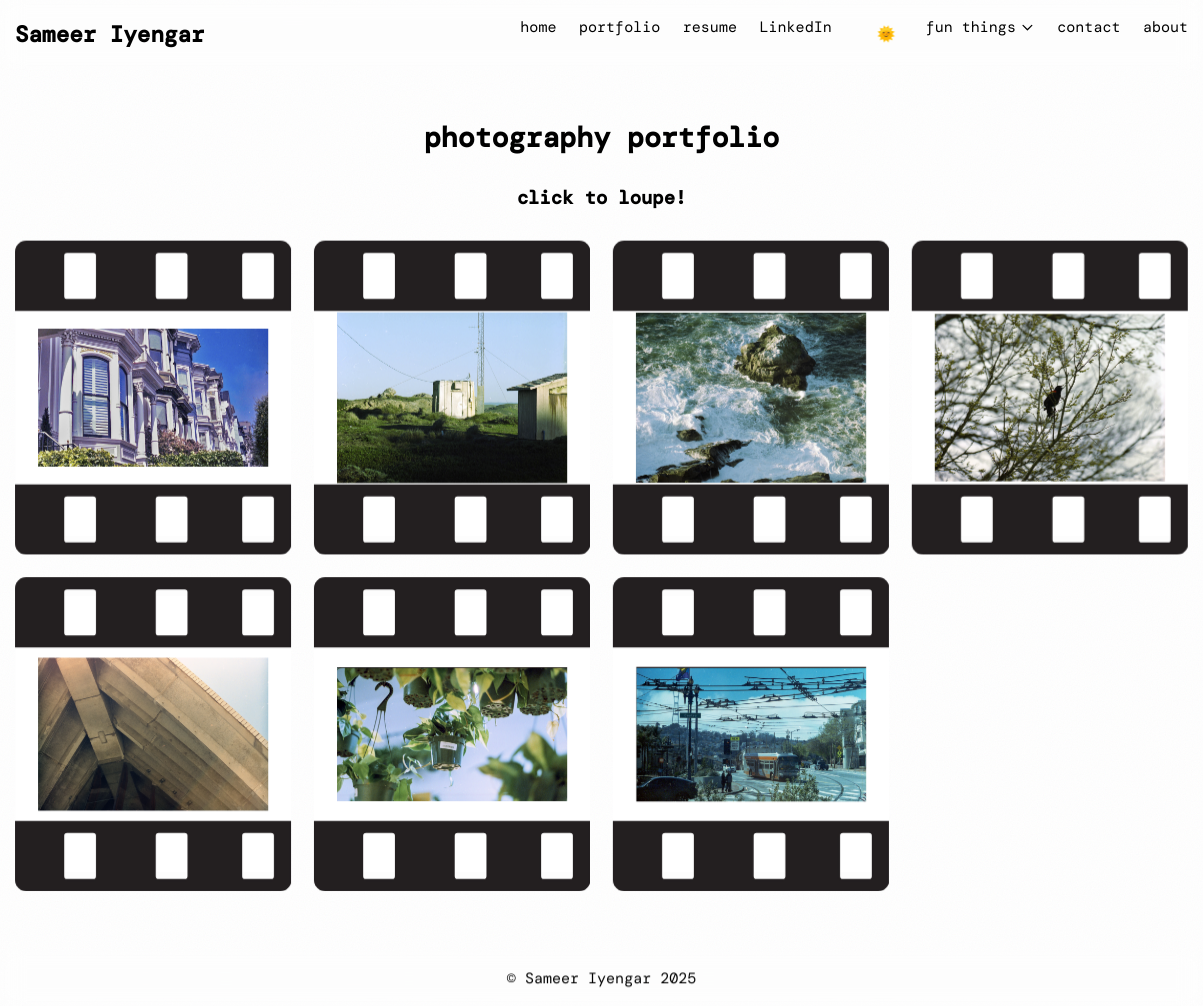
Repository: siyengar04/siyengar04.github.io
Page: portfolio.html
These files come from the project's save history. The page is drawn as it stood at one moment and after the next save; the edit follows.
The browser window is 1280 px wide. The pictures show the whole page, at 94% of full size.
Some web fonts or font styles are not loaded; a fallback is used.

Above is the page before, as saved 2025-10-11 16:26:53.

### portfolio.html
<!DOCTYPE html>
<html lang="en">

<head>
    <script>
        if (localStorage.theme === 'dark' ||
            (!('theme' in localStorage) && window.matchMedia('(prefers-color-scheme: dark)').matches)) {
            document.documentElement.classList.add('dark-theme');
        }
    </script>
    <meta charset="UTF-8">
    <meta name="viewport" content="width=device-width, initial-scale=1.0">
    <meta property="og:image" content="./images/profile.jpg">
    <meta property="og:image:type" content="image/jpg">
    <meta name="description" content="student, innovator, engineer" />
    <meta property="og:title" content="Sameer Iyengar">
    <meta property="og:description" content="student, innovator, engineer">
    <title>Sameer Iyengar - Photography Portfolio</title>
    <script src="https://cdn.jsdelivr.net/npm/@tailwindcss/browser@4"></script>
    <link rel="preconnect" href="https://fonts.googleapis.com">
    <link rel="preconnect" href="https://fonts.gstatic.com" crossorigin>
    <link
        href="https://fonts.googleapis.com/css2?family=DM+Mono:ital,wght@0,300;0,400;0,500;1,300;1,400;1,500&display=swap"
        rel="stylesheet">
    <style>
        <style> :root {
            /* Light Theme (default) - High contrast */
            --bg-primary: #f5f5f7;
            --text-primary: #121212;
            --glass-light: rgba(255, 255, 255, 0.85);
            --glass-text: #121212;
            --border-light: rgba(0, 0, 0, 0.1);
            --accent-color: #3b82f6;

            /* Dark Theme */
            --bg-primary-dark: #0a0a0a;
            --text-primary-dark: #f8f9fa;
            --glass-dark: rgba(20, 20, 20, 0.85);
            --glass-text-dark: #f8f9fa;
            --border-dark: rgba(255, 255, 255, 0.15);
            --accent-color-dark: #60a5fa;
        }

        .gallery-item {
            position: relative;
            /* Needed for absolute positioning of pseudo-elements */
        }

        .gallery-item {
            position: relative;
            padding-top: 20px;
            /* Reduced from original */
            padding-bottom: 20px;
            /* Reduced from original */
        }

        .gallery-item::before,
        .gallery-item::after {
            content: "";
            position: absolute;
            left: 0;
            width: 100%;
            height: 75px;
            /* Border height */
            background-size: cover;
            z-index: 2;
        }

        .gallery-item::before {
            top: 0;
            background-image: url('Asset 4.svg');
        }

        .gallery-item::after {
            bottom: 0;
            background-image: url('Asset 4.svg');
        }

        .gallery-img {
            height: calc(100% - 50px);
            /* Compensate for border height */
            object-fit: cover;
        }

        .dark-theme {
            --bg-primary: var(--bg-primary-dark);
            --text-primary: var(--text-primary-dark);
            --glass-light: var(--glass-dark);
            --glass-text: var(--glass-text-dark);
            --border-light: var(--border-dark);
            --accent-color: var(--accent-color-dark);
        }

        body {
            font-family: 'DM Mono', sans-serif;
            background: var(--bg-primary);
            color: var(--text-primary);
            transition: background 0.5s ease, color 0.3s ease;
            background-image: url('data:[embedded picture, 288 characters]');
            line-height: 1.6;
            margin: 0;
            padding: 0;
        }

        /* Glassmorphism Navigation Bar */
        header {
            position: fixed;
            top: 0;
            width: 100%;
            background: var(--glass-light) !important;
            backdrop-filter: blur(12px);
            -webkit-backdrop-filter: blur(12px);
            border-bottom: 1px solid var(--border-light);
            color: var(--glass-text) !important;
            z-index: 100;
            padding: 1rem 0;
        }

        /* Navigation */
        nav a {
            color: var(--glass-text);
            transition: all 0.3s ease;
        }

        nav a:hover {
            color: var(--accent-color);
            transform: translateY(-2px);
        }

        /* Theme toggle button */
        #theme-toggle {
            background: var(--glass-light);
            backdrop-filter: blur(10px);
            border: 1px solid var(--border-light);
            transition: all 0.3s ease;
        }

        #theme-toggle:hover {
            transform: scale(1.1);
        }

        /* Portfolio Section */
        #portfolio {
            padding: 8rem 0 4rem;
            /* Adjusted for fixed header */
        }

        .gallery-img {
            transition: transform 0.3s ease, box-shadow 0.3s ease;
            cursor: pointer;
            border-radius: 12px;
            object-fit: cover;
            width: 100%;
            height: 100%;
        }

        .gallery-item {
            background: var(--glass-light);
            backdrop-filter: blur(8px);
            -webkit-backdrop-filter: blur(8px);
            border: 1px solid var(--border-light);
            border-radius: 12px;
            overflow: hidden;
            transition: all 0.3s ease;
        }

        .gallery-item:hover {
            transform: translateY(-5px);
            box-shadow: 0 10px 25px rgba(0, 0, 0, 0.2);
        }

        .dark-theme .gallery-item:hover {
            box-shadow: 0 10px 25px rgba(0, 0, 0, 0.4);
        }

        /* Modal */
        .modal {
            display: none;
            position: fixed;
            z-index: 1000;
            left: 0;
            top: 0;
            width: 100%;
            height: 100%;
            background-color: rgba(0, 0, 0, 0.9);
            overflow: auto;
        }

        .modal-content {
            margin: auto;
            display: block;
            max-width: 90%;
            max-height: 80vh;
            margin-top: 10vh;
            background: var(--glass-light);
            backdrop-filter: blur(20px);
            -webkit-backdrop-filter: blur(20px);
            border-radius: 12px;
            padding: 20px;
            border: 1px solid var(--border-light);
        }

        .close {
            position: absolute;
            top: 20px;
            right: 35px;
            color: white;
            font-size: 40px;
            font-weight: bold;
            cursor: pointer;
            z-index: 1001;
        }

        .caption {
            margin: auto;
            display: block;
            width: 80%;
            text-align: center;
            color: var(--text-primary);
            padding: 10px 0;
            font-size: 1.2rem;
        }

        /* Dropdown menu */
        .desktop-dropdown-menu {
            margin-top: 0.5rem;
            background: var(--glass-light);
            backdrop-filter: blur(12px);
            -webkit-backdrop-filter: blur(12px);
            border: 1px solid var(--border-light);
            border-radius: 8px;
            overflow: hidden;
            box-shadow: 0 8px 32px rgba(0, 0, 0, 0.1);
        }

        .desktop-dropdown:hover .desktop-dropdown-menu {
            display: block;
        }

        /* Footer */
        footer {
            background: var(--glass-light);
            backdrop-filter: blur(12px);
            -webkit-backdrop-filter: blur(12px);
            border-top: 1px solid var(--border-light);
            padding: 1rem 0;
            color: var(--glass-text);
        }

        /* Grid Layout */
        .grid {
            display: grid;
            grid-template-columns: repeat(auto-fill, minmax(250px, 1fr));
            gap: 1.5rem;
        }

        @media (max-width: 768px) {
            #portfolio {
                padding: 6rem 0 2rem;
            }

            #nav-menu {
                background: var(--glass-light);
                backdrop-filter: blur(12px);
                -webkit-backdrop-filter: blur(12px);
                border: 1px solid var(--border-light);
                border-radius: 8px;
                padding: 1rem;
                margin-top: 0.5rem;
            }

            .modal-content {
                max-width: 95%;
                max-height: 85vh;
                margin-top: 5vh;
            }
        }
    </style>
</head>

<body>
    <header class="fixed top-0 z-10 w-full">
        <div class="container flex items-center justify-between px-4 mx-auto">
            <h1 class="text-2xl font-semibold">Sameer Iyengar</h1>
            <div class="md:hidden">
                <button id="nav-toggle" class="focus:outline-none">
                    <svg xmlns="http://www.w3.org/2000/svg" class="w-6 h-6" fill="none" viewBox="0 0 24 24"
                        stroke="currentColor">
                        <path stroke-linecap="round" stroke-linejoin="round" stroke-width="2"
                            d="M4 6h16M4 12h16m-7 6h7" />
                    </svg>
                </button>
            </div>
            <nav id="nav-menu" class="hidden md:flex md:space-x-6">
                <ul class="flex flex-col space-y-4 md:flex-row md:space-y-0 md:space-x-6">
                    <li><a href="/index.html">home</a></li>
                    <li><a href="/portfolio.html">portfolio</a></li>
                    <li><a href="/resume.html">resume</a></li>
                    <li><a href="https://www.linkedin.com/in/sameer-iyengar/">LinkedIn</a></li>
                    <li>
                        <button id="theme-toggle" class="p-2 ml-4 rounded-full">
                            <span class="light-icon">🌞</span>
                            <span class="hidden dark-icon">🌙</span>
                        </button>
                    </li>
                    <!-- Desktop Fun Things Dropdown -->
                    <li class="relative group">
                        <button class="flex items-center">
                            fun things
                            <svg class="w-4 h-4 ml-1" fill="none" stroke="currentColor" viewBox="0 0 24 24"
                                xmlns="http://www.w3.org/2000/svg">
                                <path stroke-linecap="round" stroke-linejoin="round" stroke-width="2"
                                    d="M19 9l-7 7-7-7"></path>
                            </svg>
                        </button>
                        <div class="absolute left-0 hidden pt-2 group-hover:block desktop-dropdown-menu">
                            <a href="/cat-gallery.html" class="block px-4 py-2 hover:text-accent-color">eva!!</a>
                        </div>
                    </li>
                    <li><a href="/contact.html">contact</a></li>
                    <li><a href="/about.html">about</a></li>
                </ul>
            </nav>
        </div>
    </header>

    <main>
        <section id="portfolio" class="portfolio">
            <div class="container px-4 mx-auto">
                <h2 class="mb-8 text-3xl font-bold text-center">photography portfolio</h2>
                <h3 class="mb-8 text-xl font-bold text-center">click to loupe!</h3>
                <div class="grid">
                    <!-- Gallery Item 1 -->
                    <div class="gallery-item">
                        <img loading="lazy" src="./images/photo1.jpg" alt="Photo 1" class="gallery-img"
                            onclick="openModal('./images/photo1.jpg', 'rowhouses, San Francisco, CA')">
                    </div>

                    <!-- Gallery Item 2 -->
                    <div class="gallery-item">
                        <img loading="lazy" src="./images/photo2.jpg" alt="Photo 2" class="gallery-img"
                            onclick="openModal('./images/photo2.jpg', 'utility box, Point Reyes, CA')">
                    </div>

                    <!-- Gallery Item 3 -->
                    <div class="gallery-item">
                        <img loading="lazy" src="./images/photo3.png" alt="Photo 3" class="gallery-img"
                            onclick="openModal('./images/photo3.png', 'sea rocks, Point Reyes, CA')">
                    </div>

                    <!-- Gallery Item 4 -->
                    <div class="gallery-item">
                        <img loading="lazy" src="./images/photo4.png" alt="Photo 4" class="gallery-img"
                            onclick="openModal('./images/photo4.png', 'red-winged blackbird, U of I Arboretum, Urbana, IL')">
                    </div>

                    <!-- Gallery Item 5 -->
                    <div class="gallery-item">
                        <img loading="lazy" src="./images/photo5.png" alt="Photo 5" class="gallery-img"
                            onclick="openModal('./images/photo5.png', 'architecture, Opera House, Sydney, Australia')">
                    </div>

                    <!-- Gallery Item 6 -->
                    <div class="gallery-item">
                        <img loading="lazy" src="./images/photo6.png" alt="Photo 6" class="gallery-img"
                            onclick="openModal('./images/photo6.png', 'hanging garden, The Castro, San Francisco, CA')">
                    </div>

                    <!-- Gallery Item 7 -->
                    <div class="gallery-item">
                        <img loading="lazy" src="./images/photo7.png" alt="Photo 7" class="gallery-img"
                            onclick="openModal('./images/photo7.png', 'MUNI bus, The Castro, San Francisco, CA')">
                    </div>
                </div>
            </div>
        </section>
    </main>

    <!-- The Modal/Lightbox -->
    <div id="myModal" class="modal">
        <span class="close" onclick="closeModal()">&times;</span>
        <img loading="lazy" class="modal-content" id="img01">
        <div id="caption" class="caption"></div>
    </div>

    <footer class="text-center">
        <div class="container mx-auto">
            <p>&copy; Sameer Iyengar 2025</p>
        </div>
    </footer>

    <script>
        // Mobile navigation toggle
        const navToggle = document.getElementById('nav-toggle');
        const navMenu = document.getElementById('nav-menu');

        navToggle.addEventListener('click', () => {
            navMenu.classList.toggle('hidden');
        });

        // Theme toggle functionality
        const themeToggle = document.getElementById('theme-toggle');
        const darkIcon = document.querySelector('.dark-icon');
        const lightIcon = document.querySelector('.light-icon');

        // Check for saved preference or system preference
        const savedTheme = localStorage.getItem('theme') ||
            (window.matchMedia('(prefers-color-scheme: dark)').matches ? 'dark' : 'light');

        if (savedTheme === 'dark') document.documentElement.classList.add('dark-theme');

        // Update UI icons
        function updateIcons() {
            const isDark = document.documentElement.classList.contains('dark-theme');
            darkIcon.classList.toggle('hidden', !isDark);
            lightIcon.classList.toggle('hidden', isDark);
        }

        // Toggle theme
        themeToggle.addEventListener('click', () => {
            document.documentElement.classList.toggle('dark-theme');
            const theme = document.documentElement.classList.contains('dark-theme') ? 'dark' : 'light';
            localStorage.setItem('theme', theme);
            updateIcons();
        });

        // Initialize icons
        updateIcons();

        // Lightbox functionality
        function openModal(src, alt) {
            const modal = document.getElementById("myModal");
            const modalImg = document.getElementById("img01");
            const captionText = document.getElementById("caption");

            modal.style.display = "block";
            modalImg.src = src;
            captionText.innerHTML = alt;

            // Close modal when clicking outside the image
            modal.onclick = function (event) {
                if (event.target === modal) {
                    closeModal();
                }
            };

            // Close modal with Escape key
            document.onkeydown = function (evt) {
                evt = evt || window.event;
                if (evt.key === "Escape") {
                    closeModal();
                }
            };
        }

        function closeModal() {
            document.getElementById("myModal").style.display = "none";
        }
    </script>
</body>

</html>

After the next save:
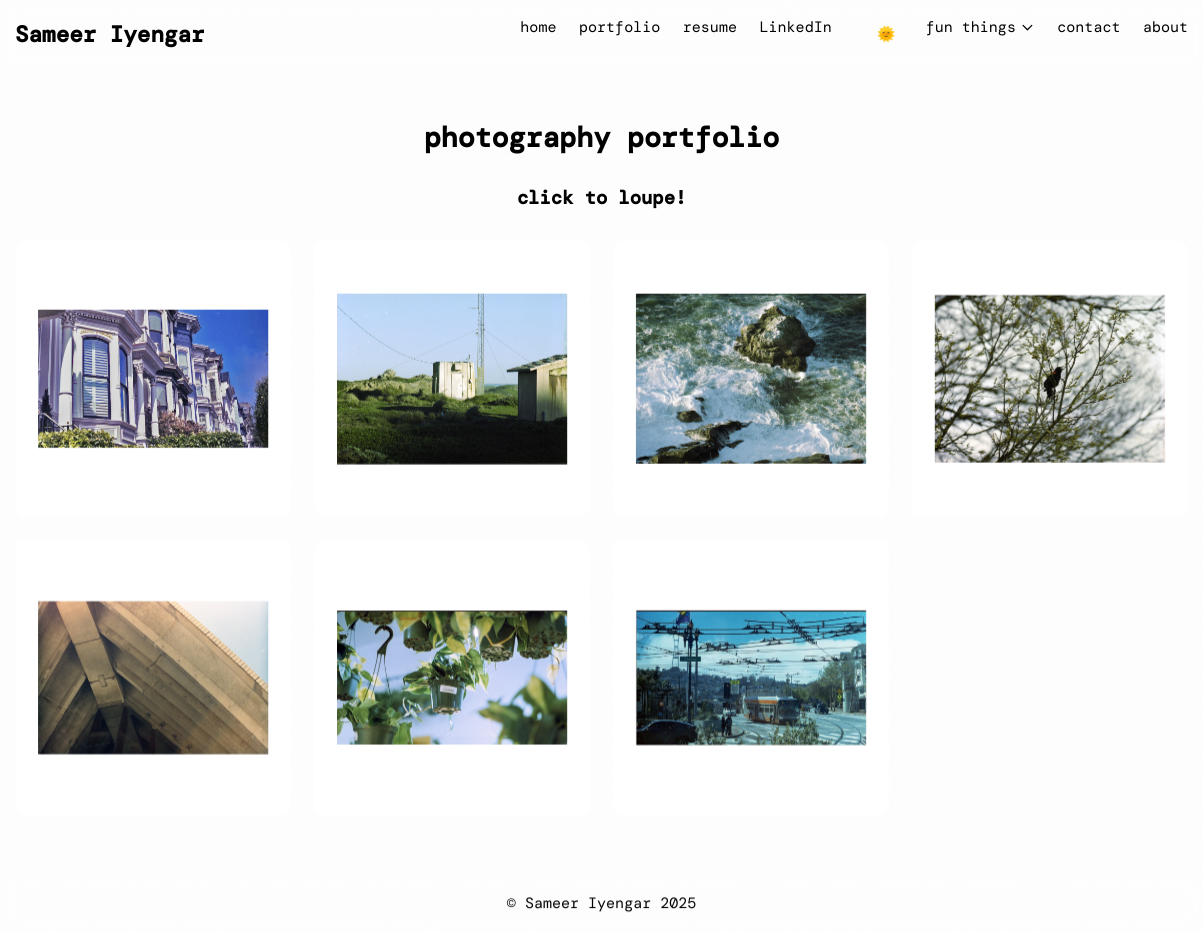
Not found: path-to-your-bottom-border.svg
Not found: path-to-your-top-border.svg
Saved 3 min 6 s later.
--- a/portfolio.html
+++ b/portfolio.html
@@ -43,15 +43,6 @@
 
         .gallery-item {
             position: relative;
-            /* Needed for absolute positioning of pseudo-elements */
-        }
-
-        .gallery-item {
-            position: relative;
-            padding-top: 20px;
-            /* Reduced from original */
-            padding-bottom: 20px;
-            /* Reduced from original */
         }
 
         .gallery-item::before,
@@ -60,26 +51,29 @@
             position: absolute;
             left: 0;
             width: 100%;
-            height: 75px;
-            /* Border height */
-            background-size: cover;
+            height: 30px;
+            /* Original height */
+            background-size: 100% 75%;
+            /* Scale vertically to 75% */
+            background-repeat: no-repeat;
             z-index: 2;
         }
 
         .gallery-item::before {
             top: 0;
-            background-image: url('Asset 4.svg');
+            background-image: url('path-to-your-top-border.svg');
+            background-position: top;
         }
 
         .gallery-item::after {
             bottom: 0;
-            background-image: url('Asset 4.svg');
+            background-image: url('path-to-your-bottom-border.svg');
+            background-position: bottom;
         }
 
         .gallery-img {
-            height: calc(100% - 50px);
-            /* Compensate for border height */
-            object-fit: cover;
+            position: relative;
+            z-index: 1;
         }
 
         .dark-theme {
